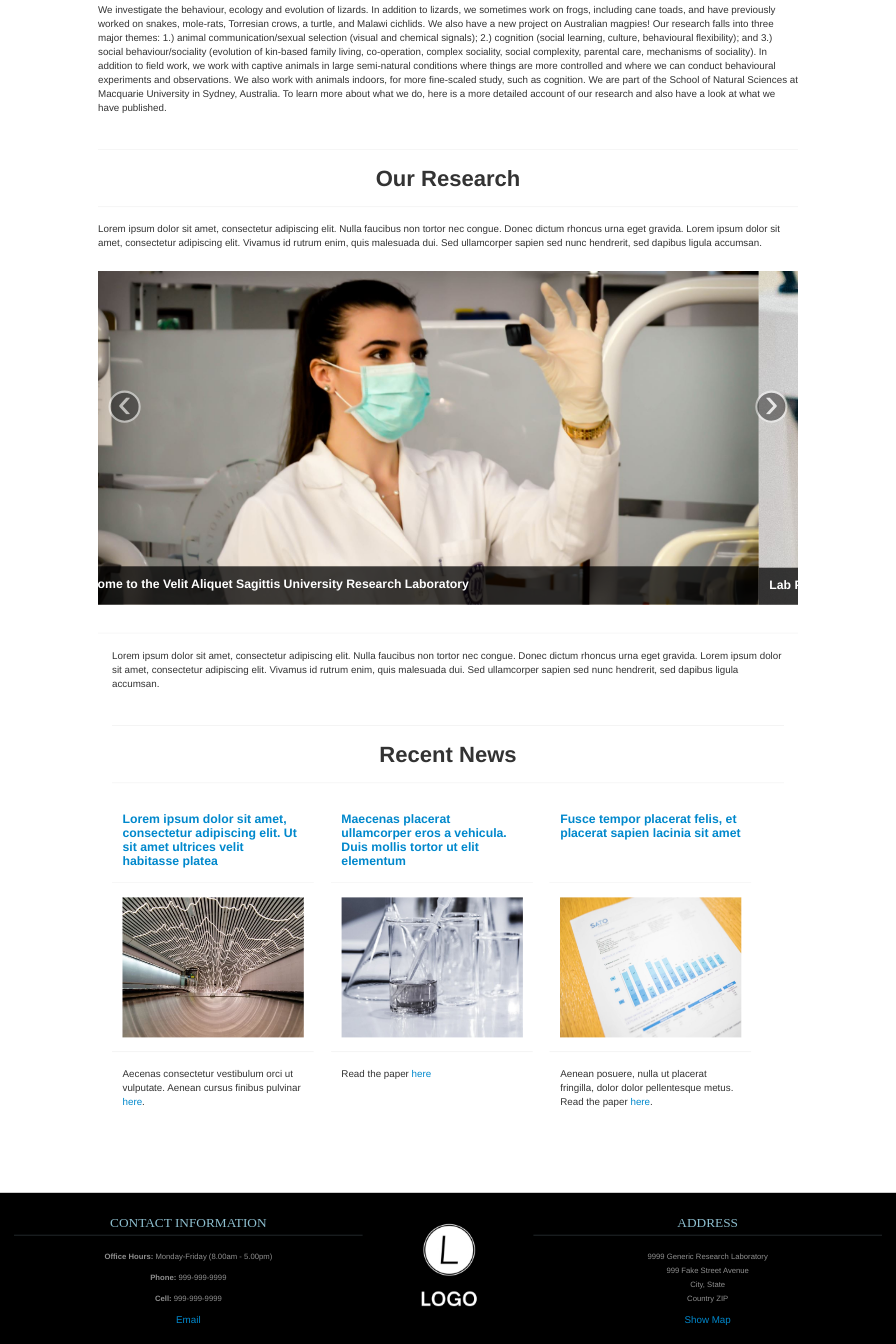
Repository: IAEUC/iaeuc.github.io
Page: index.html
These files come from the project's save history. The page is drawn as it stood at one moment and after the next save; the edit follows.
The browser window is 1280 px wide. The pictures show the part of the page from y = 650 to 2570 px (the page is 2570 px tall before and 1842 px after), at 70% of full size.

Above is the page before, as saved 2025-08-07 17:28:48.

### index.html
<!DOCTYPE html>
<html lang="en">
   <head>
      <meta charset="utf-8">
      <title>Generic Research Lab Template - Home</title>
      <meta name="viewport" content="width=device-width, initial-scale=1.0">
      <meta name="description" content="Research Lab, Home, Velit Aliquet Sagittis University">
      <meta name="author" content="">
      <!-- Le styles -->
      <link href="css/bootstrap.min.css" rel="stylesheet">
      <link href="css/bootstrap-responsive.min.css" rel="stylesheet">
      <link href="css/theme.css" rel="stylesheet">
   </head>
   <body>
      <div class="container">
         <header class="jumbotron subhead" id="overview">
            <p class="lead"> Velit Aliquet Sagittis University </p>
            <h1>Experimental Research Lab</h1>
         </header>
         <div class="masthead">
            <div class="navbar">
               <div class="navbar-inner">
                  <div class="container">
                     <ul class="nav">
                        <li class="active"><a href="#">Home</a></li>
                        <li><a href="people.html">People</a></li>
                        <li><a href="research.html">Research</a></li>
                        <li><a href="publications.html">Publications</a></li>
                        <li><a href="gallery.html">Gallery</a></li>
                        <li><a href="news.html">News</a></li>
                        <li><a href="teaching.html">Teaching</a></li>
                        <li><a href="contact.html">Contact</a></li>
                     </ul>
                  </div>
               </div>
            </div>
         </div>
         <div class="centered" style="margin-bottom: 20px;">
                                 <img src="images/lab-photo.jpg" alt="Research Laboratory" style="width: 1200px; max-height: 400px; border-radius: 8px;">
                              </div>
         <div class="row-fluid">
            <div class="span12">
                              <p>
                                We investigate the behaviour, ecology and evolution of lizards. In addition to lizards, we sometimes work on frogs, including cane toads, and have previously worked on snakes, mole-rats, Torresian crows, a turtle, and Malawi cichlids. We also have a new project on Australian magpies! Our research falls into three major themes: 1.) animal communication/sexual selection (visual and chemical signals); 2.) cognition (social learning, culture, behavioural flexibility); and 3.) social behaviour/sociality (evolution of kin-based family living, co-operation, complex sociality, social complexity, parental care, mechanisms of sociality).

                                 In addition to field work, we work with captive animals in large semi-natural conditions where things are more controlled and where we can conduct behavioural experiments and observations. We also work with animals indoors, for more fine-scaled study, such as cognition.

                                 We are part of the School of Natural Sciences at Macquarie University in Sydney, Australia. To learn more about what we do, here is a more detailed account of our research and also have a look at what we have published.
                              </p>
                              <br/>
                           </div>
         </div>
         <div class="row-fluid">
                  <hr>
                  <h2 class="centered">Our Research</h2>
                  <hr>
         </div>
         <div class="row-fluid">
            <div class="span12">
                              <p>
                                 Lorem ipsum dolor sit amet, consectetur adipiscing elit. Nulla faucibus non tortor nec congue.
                                 Donec dictum rhoncus urna eget gravida. Lorem ipsum dolor sit amet, consectetur adipiscing elit.
                                 Vivamus id rutrum enim, quis malesuada dui. Sed ullamcorper sapien sed nunc hendrerit, sed dapibus
                                 ligula accumsan.
                              </p>
                              <br/>
                           </div>
         </div>

         <div class="row-fluid">
            <div class="span12">
               <div id="main-carousel" class="carousel slide">
                  <div class="carousel-inner">
                     <div class="item active">
                        <img src="images/ani-kolleshi-crop3.JPG" class="carousel-image" alt="">
                        <div class="carousel-caption">
                           <h4>Welcome to the Velit Aliquet Sagittis University Research Laboratory</h4>
                           <!-- -->
                           <p></p>
                        </div>
                     </div>
                     <div class="item">
                        <img src="images/microscope-crop1.JPG" class="carousel-image" alt="">
                        <div class="carousel-caption">
                           <h4>Lab Photos</h4>
                           <p></p>
                        </div>
                     </div>
                     <div class="item">
                        <img src="images/building-crop1.JPG" class="carousel-image" alt="">
                        <div class="carousel-caption">
                           <h4>Main Building Photo</h4>
                           <p></p>
                        </div>
                     </div>
                  </div>
                  <a class="left carousel-control" href="#main-carousel" data-slide="prev">‹</a>
                  <a class="right carousel-control" href="#main-carousel" data-slide="next">›</a>
               </div>
            </div>
         </div>
         <hr>
         <div class="container-fluid">
            <div class="row-fluid marketing">
               <div class="span12">
                  <p>
                     Lorem ipsum dolor sit amet, consectetur adipiscing elit. Nulla faucibus non tortor nec congue.
                     Donec dictum rhoncus urna eget gravida. Lorem ipsum dolor sit amet, consectetur adipiscing elit.
                     Vivamus id rutrum enim, quis malesuada dui. Sed ullamcorper sapien sed nunc hendrerit, sed dapibus
                     ligula accumsan.
                  </p>
                  <br/>
               </div>
            </div>
               <div class="row-fluid">
                  <hr>
                  <h2 class="centered">Recent News</h2>
                  <hr>
               </div>
            <div class="row-fluid">
               <div class="span4 feature-item">
                  <h4 class="feature-heading"><a href="https://unsplash.com/photos/QvbLjB9pHLM">Lorem ipsum dolor sit amet, consectetur adipiscing elit. Ut sit amet ultrices velit habitasse platea</a></h4>
                  <hr>
                  <div class="centered">
                     <a href="https://unsplash.com/photos/QvbLjB9pHLM"><img src="thumbs/ivanov-crop.JPG" alt=""></a>
                  </div>
                  <hr>
                  <p>Aecenas consectetur vestibulum orci ut vulputate. Aenean cursus finibus pulvinar <a href="https://unsplash.com/photos/QvbLjB9pHLM">here</a>. </p>
                  <br/>
               </div>
               <div class="span4 feature-item">
                  <h4 class="feature-heading"><a href="https://unsplash.com/photos/lQGJCMY5qcM">Maecenas placerat ullamcorper eros a vehicula. Duis mollis tortor ut elit elementum</a></h4>
                  <hr>
                  <div class="centered">
                     <a href="https://unsplash.com/photos/lQGJCMY5qcM"><img src="thumbs/beaker-crop.JPG" alt=""></a>
                  </div>
                  <hr>
                  <p>Read the paper <a href="https://unsplash.com/photos/lQGJCMY5qcM">here</a> </p>
               </div>
               <div class="span4 feature-item">
                  <h4 class="feature-heading"><a href="https://unsplash.com/photos/QCbZ4ASLhM8">Fusce tempor placerat felis, et placerat sapien lacinia sit amet<br/><br/><br/></a></h4>
                  <hr>
                  <div class="centered">
                     <a href="https://unsplash.com/photos/QCbZ4ASLhM8"><img src="thumbs/sato-chart.JPG" alt=""></a>
                  </div>
                  <hr>
                  <p> Aenean posuere, nulla ut placerat fringilla, dolor dolor pellentesque metus. Read the paper <a href="https://unsplash.com/photos/QCbZ4ASLhM8">here</a>.</p>
                  <br/>
                  <br/>
                  <br/>
               </div>
            </div>
         </div>
      </div>
      <footer id="footer">
         <div class="container-fluid">
            <div class="row-fluid">
               <div class="span5">
                  <h3>Contact Information</h3>
                  <p><b>Office Hours: </b>Monday-Friday (8.00am - 5.00pm)</p>
                  <p><b>Phone: </b>999-999-9999</p>
                  <p><b>Cell: </b>999-999-9999</p>
                  <a href="mailto:your.email@uni.edu">Email</a>
               </div>
               <div class="span2">
                  <a href="https://mybrandnewlogo.com/"><img src = "thumbs/generic-logo.JPG" alt="research-lab-logo"/></a>
               </div>
               <div class="span5">
                  <h3>Address</h3>
                  <p>9999 Generic Research Laboratory<br>
                     999 Fake Street Avenue<br>
                     City, State<br>
                     Country ZIP
                  </p>
                  <a href="http://maps.google.com/">Show Map</a>
               </div>
            </div>
         </div>
      </footer>

      <!-- Javascript files -->
      <script src="js/jquery-1.9.1.min.js"></script>
      <script src="js/bootstrap.min.js"></script>
      <script> $('#main-carousel').carousel(); </script>
   </body>
</html>

Loaded but not shown: css/bootstrap.min.css (library); css/bootstrap-responsive.min.css (library); js/jquery-1.9.1.min.js (library); js/bootstrap.min.js (library); css/theme.css (552 lines, source omitted)

After the next save:
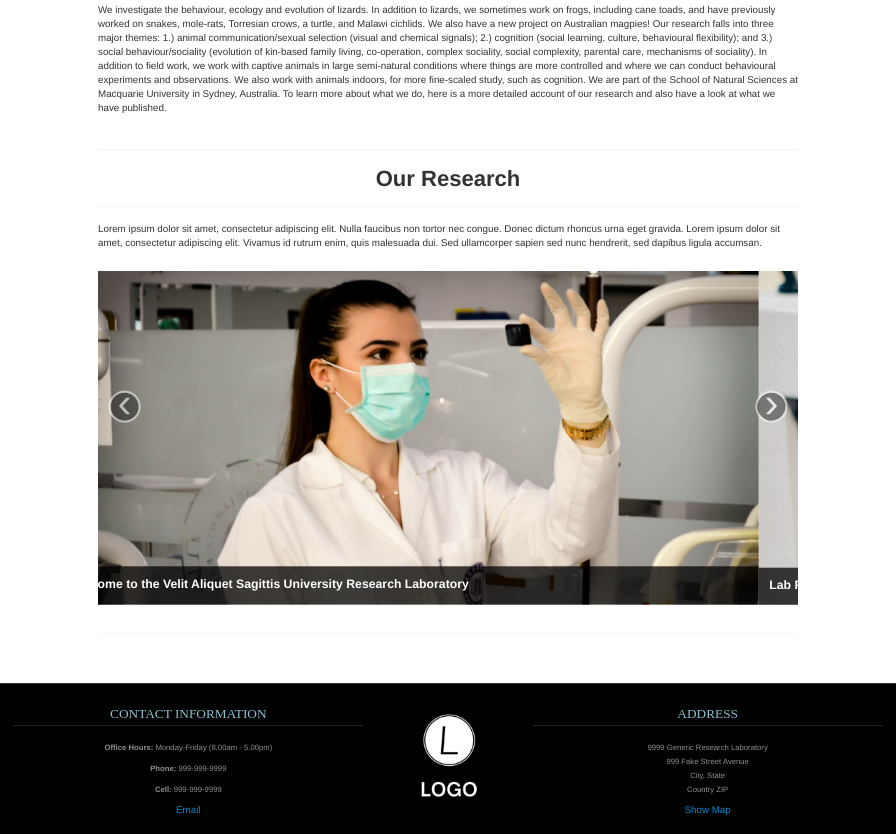
Saved 30 s later.
--- a/index.html
+++ b/index.html
@@ -100,57 +100,6 @@
             </div>
          </div>
          <hr>
-         <div class="container-fluid">
-            <div class="row-fluid marketing">
-               <div class="span12">
-                  <p>
-                     Lorem ipsum dolor sit amet, consectetur adipiscing elit. Nulla faucibus non tortor nec congue.
-                     Donec dictum rhoncus urna eget gravida. Lorem ipsum dolor sit amet, consectetur adipiscing elit.
-                     Vivamus id rutrum enim, quis malesuada dui. Sed ullamcorper sapien sed nunc hendrerit, sed dapibus
-                     ligula accumsan.
-                  </p>
-                  <br/>
-               </div>
-            </div>
-               <div class="row-fluid">
-                  <hr>
-                  <h2 class="centered">Recent News</h2>
-                  <hr>
-               </div>
-            <div class="row-fluid">
-               <div class="span4 feature-item">
-                  <h4 class="feature-heading"><a href="https://unsplash.com/photos/QvbLjB9pHLM">Lorem ipsum dolor sit amet, consectetur adipiscing elit. Ut sit amet ultrices velit habitasse platea</a></h4>
-                  <hr>
-                  <div class="centered">
-                     <a href="https://unsplash.com/photos/QvbLjB9pHLM"><img src="thumbs/ivanov-crop.JPG" alt=""></a>
-                  </div>
-                  <hr>
-                  <p>Aecenas consectetur vestibulum orci ut vulputate. Aenean cursus finibus pulvinar <a href="https://unsplash.com/photos/QvbLjB9pHLM">here</a>. </p>
-                  <br/>
-               </div>
-               <div class="span4 feature-item">
-                  <h4 class="feature-heading"><a href="https://unsplash.com/photos/lQGJCMY5qcM">Maecenas placerat ullamcorper eros a vehicula. Duis mollis tortor ut elit elementum</a></h4>
-                  <hr>
-                  <div class="centered">
-                     <a href="https://unsplash.com/photos/lQGJCMY5qcM"><img src="thumbs/beaker-crop.JPG" alt=""></a>
-                  </div>
-                  <hr>
-                  <p>Read the paper <a href="https://unsplash.com/photos/lQGJCMY5qcM">here</a> </p>
-               </div>
-               <div class="span4 feature-item">
-                  <h4 class="feature-heading"><a href="https://unsplash.com/photos/QCbZ4ASLhM8">Fusce tempor placerat felis, et placerat sapien lacinia sit amet<br/><br/><br/></a></h4>
-                  <hr>
-                  <div class="centered">
-                     <a href="https://unsplash.com/photos/QCbZ4ASLhM8"><img src="thumbs/sato-chart.JPG" alt=""></a>
-                  </div>
-                  <hr>
-                  <p> Aenean posuere, nulla ut placerat fringilla, dolor dolor pellentesque metus. Read the paper <a href="https://unsplash.com/photos/QCbZ4ASLhM8">here</a>.</p>
-                  <br/>
-                  <br/>
-                  <br/>
-               </div>
-            </div>
-         </div>
       </div>
       <footer id="footer">
          <div class="container-fluid">

After the save that followed:
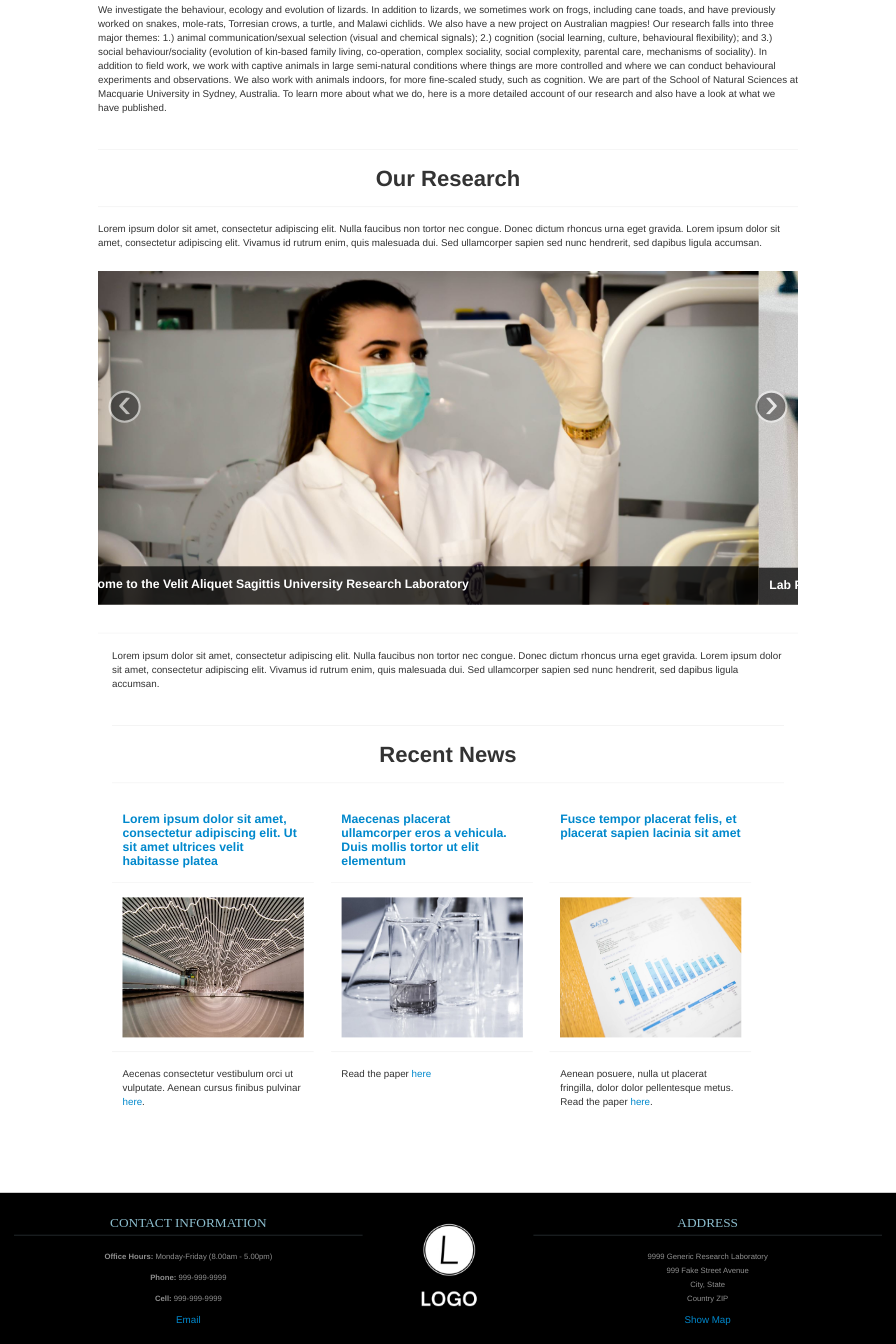
Saved 12 s later.
--- a/index.html
+++ b/index.html
@@ -100,6 +100,57 @@
             </div>
          </div>
          <hr>
+         <div class="container-fluid">
+            <div class="row-fluid marketing">
+               <div class="span12">
+                  <p>
+                     Lorem ipsum dolor sit amet, consectetur adipiscing elit. Nulla faucibus non tortor nec congue.
+                     Donec dictum rhoncus urna eget gravida. Lorem ipsum dolor sit amet, consectetur adipiscing elit.
+                     Vivamus id rutrum enim, quis malesuada dui. Sed ullamcorper sapien sed nunc hendrerit, sed dapibus
+                     ligula accumsan.
+                  </p>
+                  <br/>
+               </div>
+            </div>
+               <div class="row-fluid">
+                  <hr>
+                  <h2 class="centered">Recent News</h2>
+                  <hr>
+               </div>
+            <div class="row-fluid">
+               <div class="span4 feature-item">
+                  <h4 class="feature-heading"><a href="https://unsplash.com/photos/QvbLjB9pHLM">Lorem ipsum dolor sit amet, consectetur adipiscing elit. Ut sit amet ultrices velit habitasse platea</a></h4>
+                  <hr>
+                  <div class="centered">
+                     <a href="https://unsplash.com/photos/QvbLjB9pHLM"><img src="thumbs/ivanov-crop.JPG" alt=""></a>
+                  </div>
+                  <hr>
+                  <p>Aecenas consectetur vestibulum orci ut vulputate. Aenean cursus finibus pulvinar <a href="https://unsplash.com/photos/QvbLjB9pHLM">here</a>. </p>
+                  <br/>
+               </div>
+               <div class="span4 feature-item">
+                  <h4 class="feature-heading"><a href="https://unsplash.com/photos/lQGJCMY5qcM">Maecenas placerat ullamcorper eros a vehicula. Duis mollis tortor ut elit elementum</a></h4>
+                  <hr>
+                  <div class="centered">
+                     <a href="https://unsplash.com/photos/lQGJCMY5qcM"><img src="thumbs/beaker-crop.JPG" alt=""></a>
+                  </div>
+                  <hr>
+                  <p>Read the paper <a href="https://unsplash.com/photos/lQGJCMY5qcM">here</a> </p>
+               </div>
+               <div class="span4 feature-item">
+                  <h4 class="feature-heading"><a href="https://unsplash.com/photos/QCbZ4ASLhM8">Fusce tempor placerat felis, et placerat sapien lacinia sit amet<br/><br/><br/></a></h4>
+                  <hr>
+                  <div class="centered">
+                     <a href="https://unsplash.com/photos/QCbZ4ASLhM8"><img src="thumbs/sato-chart.JPG" alt=""></a>
+                  </div>
+                  <hr>
+                  <p> Aenean posuere, nulla ut placerat fringilla, dolor dolor pellentesque metus. Read the paper <a href="https://unsplash.com/photos/QCbZ4ASLhM8">here</a>.</p>
+                  <br/>
+                  <br/>
+                  <br/>
+               </div>
+            </div>
+         </div>
       </div>
       <footer id="footer">
          <div class="container-fluid">
